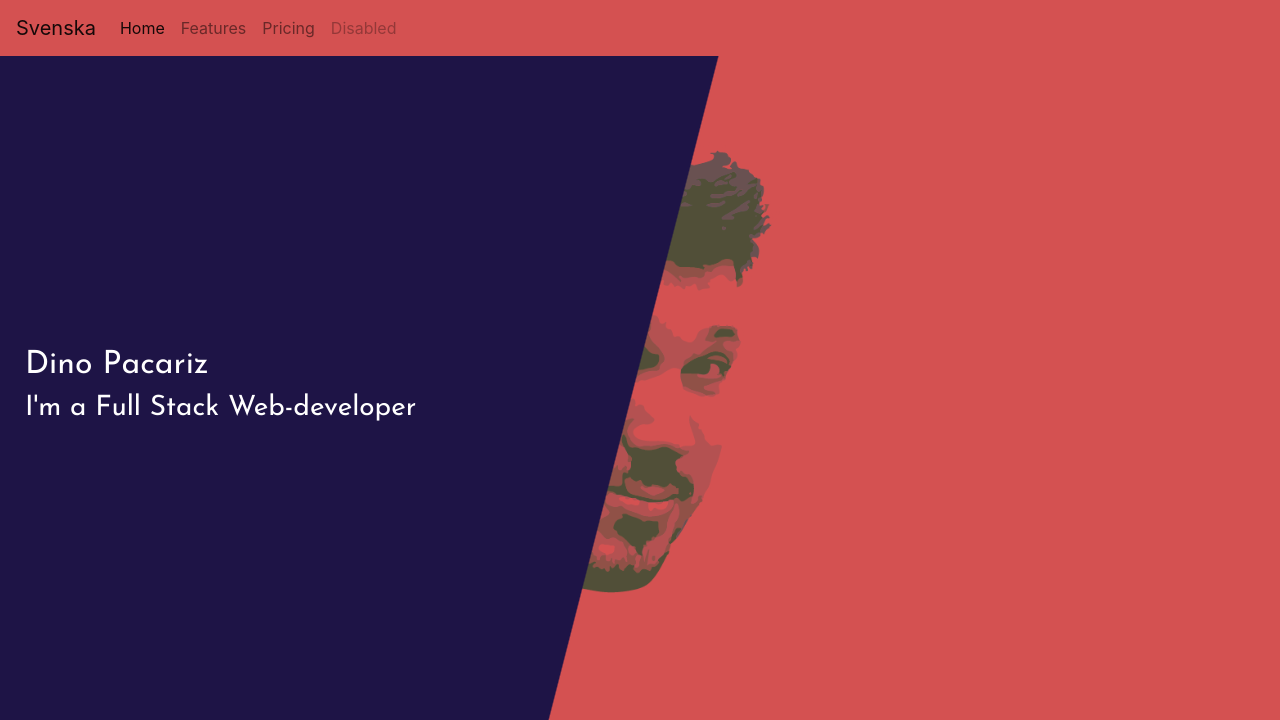
Repository: ImDino/Portfolio
Page: index.html
An editor plug-in stored every save of this project. The page is shown before and after the next save, followed by the edit.
The browser window is 1280 px wide. The pictures show the whole page.
Some web libraries are served in a nearby version. The style sheet was rebuilt from its Sass, Less or Tailwind sources for each picture, by a compiler version that may differ from the author's.

Above is the page before, as saved 2020-11-04 12:57:00.

After the next save:
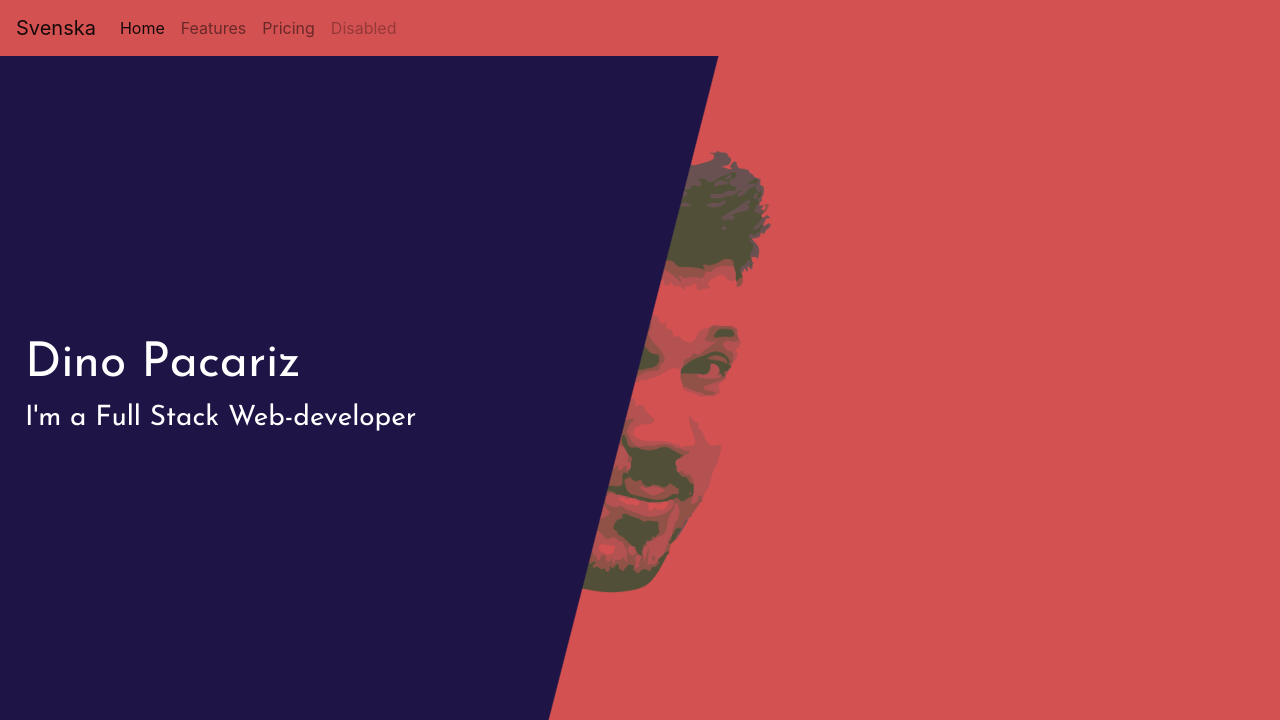
Saved 5 s later.
--- a/scss/main.scss
+++ b/scss/main.scss
@@ -33,7 +33,7 @@
 
     }
     h1 {
-        font-size: 2em;
+        font-size: 3em;
     }
 }
 

After the save that followed:
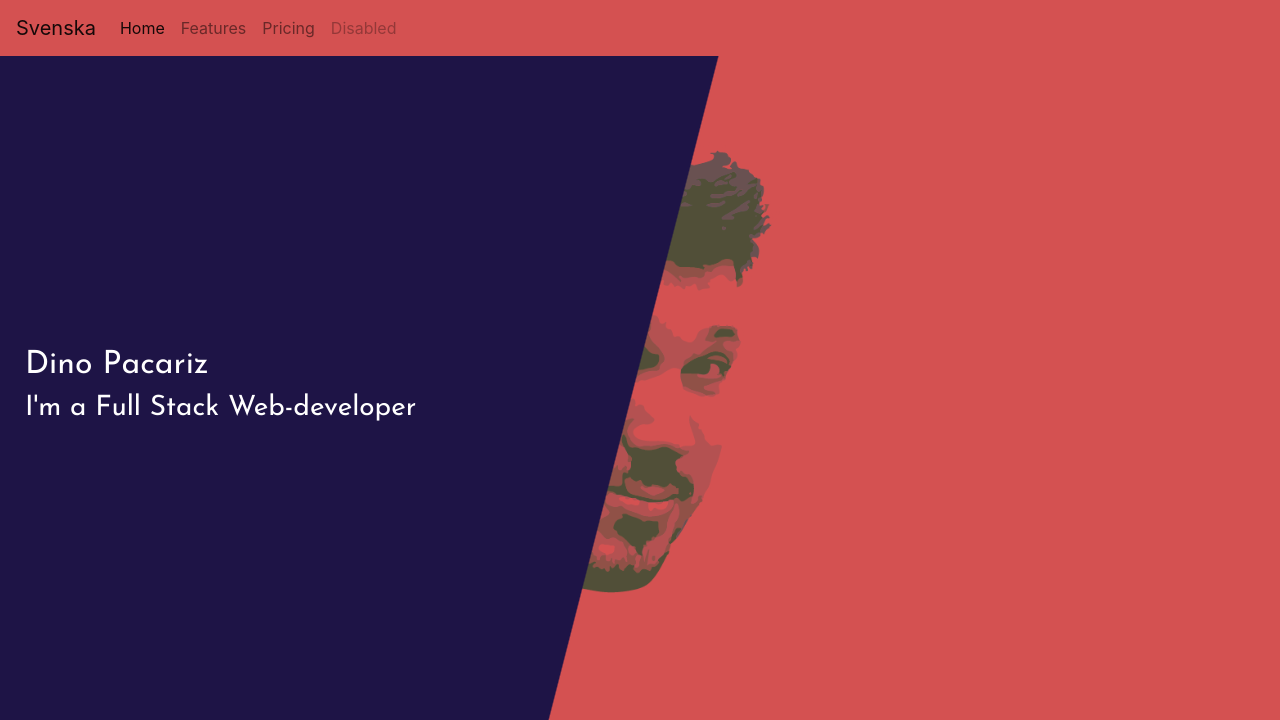
Saved 6 s later.
--- a/scss/main.scss
+++ b/scss/main.scss
@@ -33,7 +33,7 @@
 
     }
     h1 {
-        font-size: 3em;
+        font-size: 2em;
     }
 }
 
